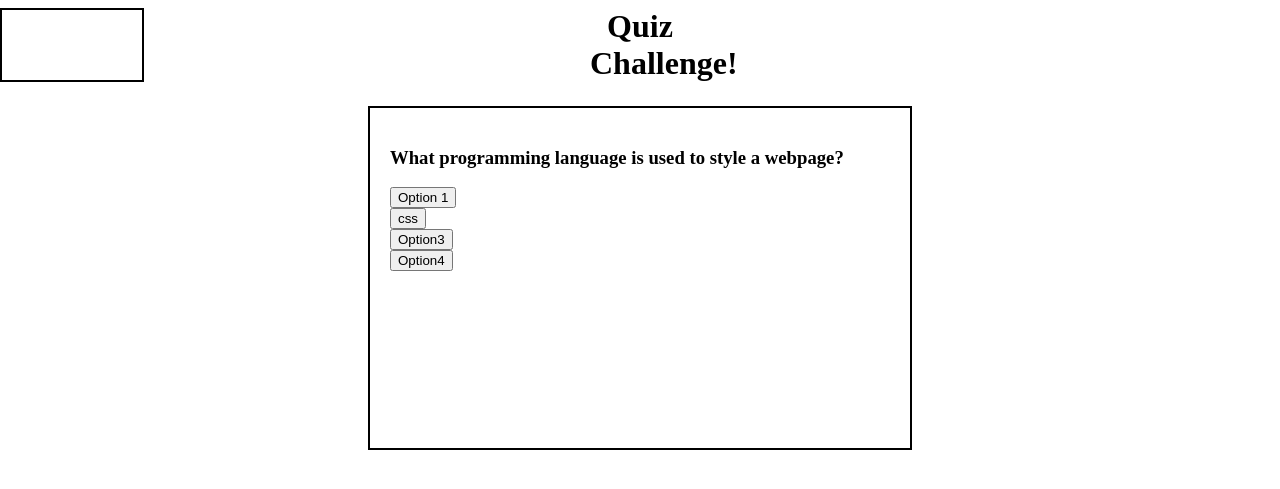
Repository: s88leigh/Quiz-Challenge
Page: index.html
An editor plug-in stored every save of this project. The page is shown before and after the next save, followed by the edit.
The browser window is 1280 px wide. The pictures show the whole page.

Above is the page before, as saved 2019-10-19 17:58:55.

### index.html
<!DOCTYPE html>
<html lang="en">

<head>
    <meta charset="UTF-8">
    <meta name="viewport" content="width=device-width, initial-scale=1.0">
    <meta http-equiv="X-UA-Compatible" content="ie=edge">
    <link rel="stylesheet" type="text/css" href="style.css">
    <title>Quiz</title>


</head>

<body>
    <div id="score-box"></div>

    <h1 id="title">Quiz Challenge!</h1>
    <br>
    <div id="question-box">

        <h3 id="question">question</h3>
        <div id="answers"></div>

    </div>

    <div id="timer-box"></div>



    <script src="./script.js"></script>
    <!-- window.location = "/highscores.html"; -->
    <!-- /* score will run from the beginning -nothing below will run.*/ -->

</body>

</html>

### style.css
#score-box {
  width: 100px;
  height: 30px;
  padding: 20px;
  margin: auto;
  position: absolute;
    left: 0;
  border: 2px solid black;

}

#title {
    width: 100px;
    height: 50px;
    margin: auto;
    margin-bottom: 30px;
    text-align: center;
}

#question-box {
    width: 500px;
    height:300px;
    padding: 20px;
    margin: auto;
    border: 2px solid black;
}

#timer-box {
  width: 100px;
  height: 30px;
  padding: 20px;
  margin: auto;
  position: absolute;
    right: 0;
    top:
  border: 2px solid black;

}

### script.js
// var btn1 = document.getElementById("btn1");
// var btn2 = document.getElementById("btn2");
// var btn3 = document.getElementById("btn3");
// var btn4 = document.getElementById("btn4");
var currQuestionDiv = document.getElementById("question");
var answersDiv = document.getElementById("answers");

var questions = [
    {
        questionText: "What programming language is used to style a webpage?",
        choices: ["Option 1", "css", "Option3", "Option4"],
        answer: "css"
    },
    {
        questionText: "Which one is a DOM element?",
        choices: ["Option 1", "Option 2", "addEventListener", "Option4"],
        answer: "addEventListener"
    },
    {
        questionText: "Which is a DOM attribute?",
        choices: ["value", "Option 2", "Option3", "Option4"],
        answer: "value"
    },
    {
        questionText: "What are the inputs of a function called?",
        choices: ["Option 1", "Option 2", "Option3", "parameters"],
        answer: "parameters"
    },
    {
        questionText: "What is the output of a function called?",
        choices: ["Option 1", "Option 2", "Option3", "parameters"],
        answer: "return"
    }
];

var p = document.createElement('p')

var counter = 0;
var questIndex = 0;
var seconds
var timerInterval;

function startTimer(){
    clearInterval(timerInterval);
    seconds = 0;
    timerInterval = setInterval(function(){
        console.log(seconds, timerInterval);
        seconds++;
        // if(seconds ===){
        //     clearInterval(timerInterval);
        //     questIndex++;
            if(questIndex > questions.length){
                clearInterval(timerInterval);
                questionText();
            }
        }
    , 1000);

}
function questionText() {
    startTimer();

    var currentQuestion = questions[questIndex];
    currQuestionDiv.innerText = currentQuestion.questionText;

    answersDiv.innerHTML = "";
    for (var i = 0; i < currentQuestion.choices.length; i++) {
        var button = document.createElement("button");
        var newline = document.createElement("br");
        button.innerText = currentQuestion.choices[i];
        button.onclick = clickButton;
        button.setAttribute("value", currentQuestion.choices[i])

        answersDiv.appendChild(button)
        answersDiv.appendChild(newline)
    }
};

function clickButton() {
    var choice = this.value;

    if(choice === questions[questIndex].answer){
        alert("Correct");
        questIndex++;
        counter = counter + 1;
        alert ("yay, you've got  "  + counter+"/ 5" + "right!");
        p.innerHTML('yay right: ' + counter+ '/ 5');
        questionText();

    } else {
        alert("Incorrect. Try again!")

       questionText();
    }

}
questionText()

After the next save:
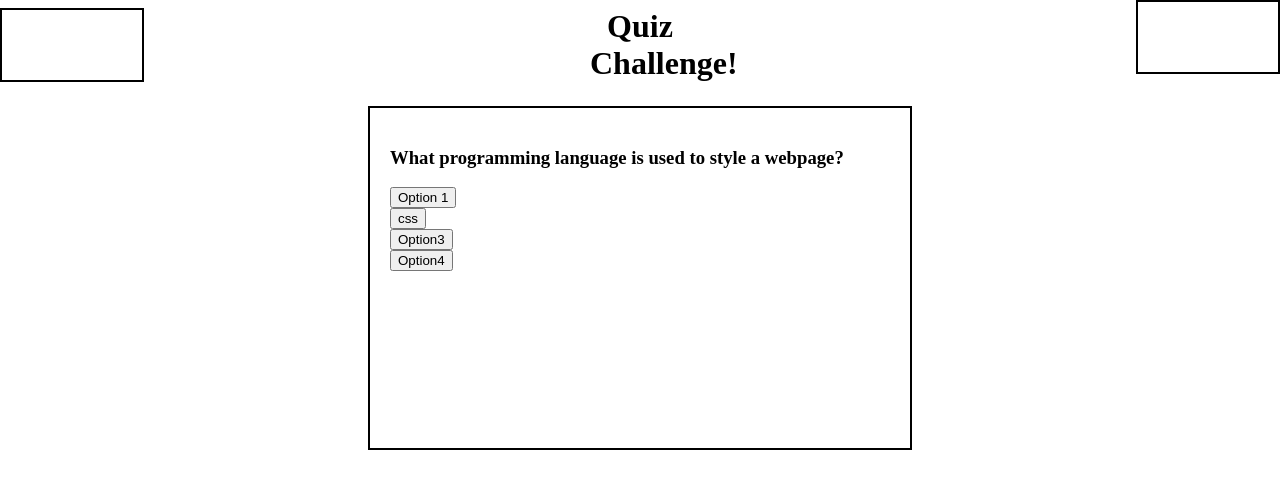
Saved 4 s later.
--- a/style.css
+++ b/style.css
@@ -32,7 +32,7 @@
   margin: auto;
   position: absolute;
     right: 0;
-    top:
+    top: 0;
   border: 2px solid black;
 
 }
